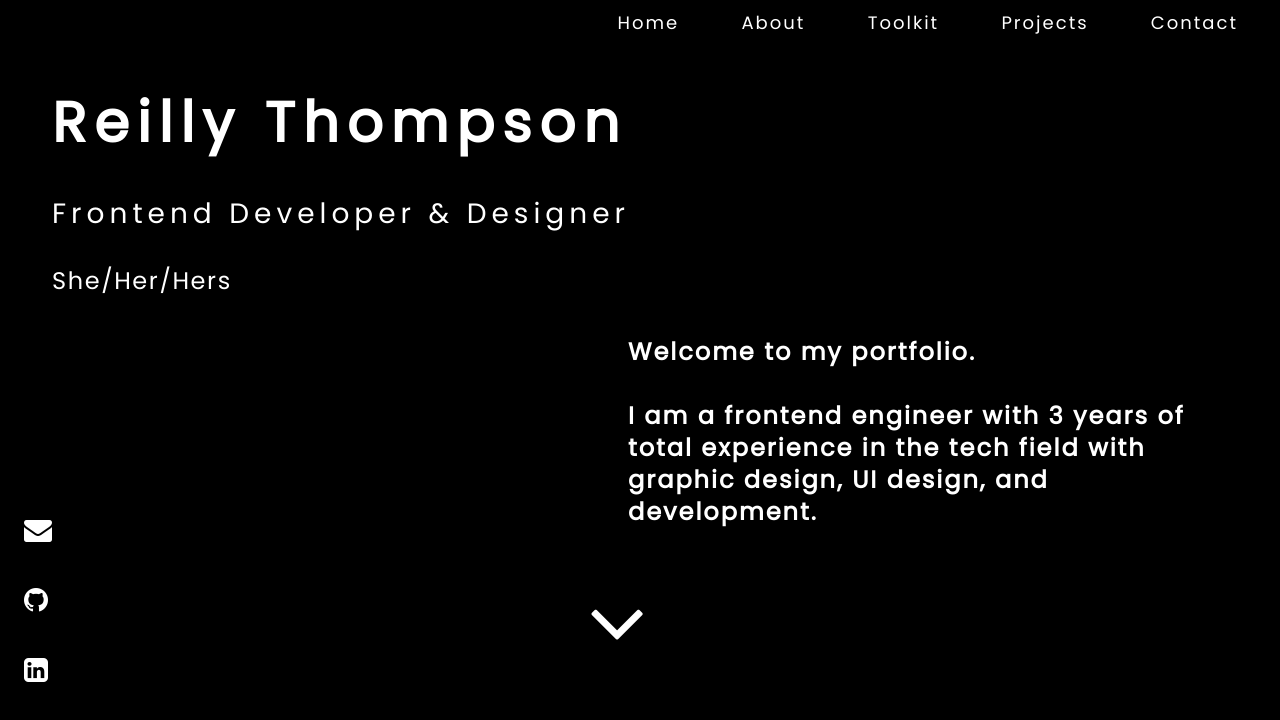
Repository: Rthompson2548/portfolio
Page: index.html
An editor plug-in stored every save of this project. The page is shown before and after the next save, followed by the edit.
The browser window is 1280 px wide. The pictures show the whole page.
Some web libraries are served in a nearby version.

Above is the page before, as saved 2022-04-12 13:30:51.

After the next save:
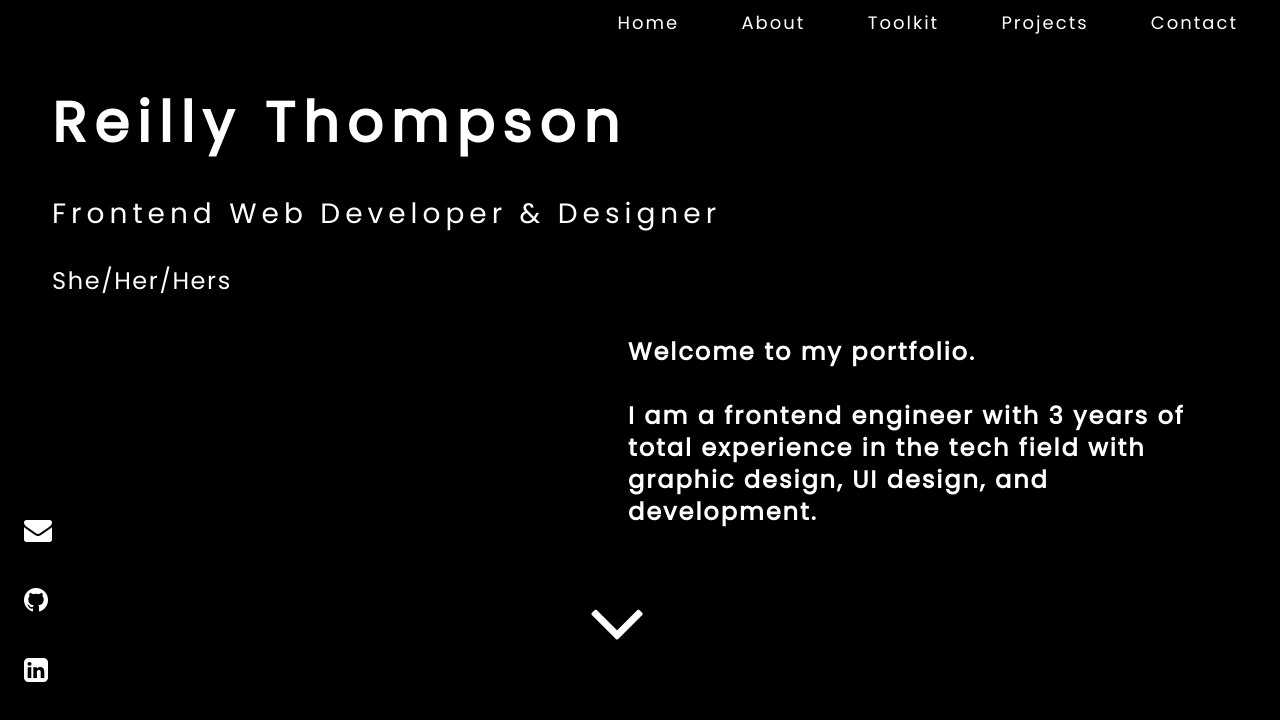
Saved 4 s later.
--- a/index.html
+++ b/index.html
@@ -67,7 +67,7 @@
 
 			<div class="home-middle">
 				<h1 class="home-page-name">Reilly Thompson</h1>
-				<h3 class="home-page-description">Frontend Developer & Designer<h3 />
+				<h3 class="home-page-description">Frontend Web Developer & Designer<h3 />
 				<h3 class="pronouns">
 					She/Her/Hers
 					<h3 />
